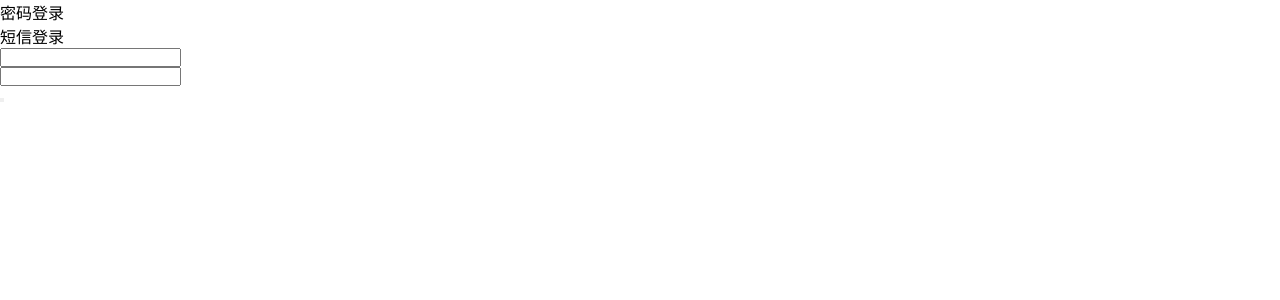
Repository: wxamlzm/campus0714
Page: views/login.html
An editor plug-in stored every save of this project. The page is shown before and after the next save, followed by the edit.
The browser window is 1280 px wide. The pictures show the whole page.

Above is the page before, as saved 2021-07-14 22:17:07.

### views/login.html
<!DOCTYPE html>
<html>
  <head>
    <meta charset='utf-8'>
    <title>注册页面</title>
    <link rel="stylesheet" href="./css/common.css">
  </head>
  <body>
    <div class="login-box">
      <div class="login-container">
        <div class="login-title">
          <div>密码登录</div>
          <div>短信登录</div>
        </div>
        <div class="login-inpu">
          <div class="input-user">
            <input type="text">
          </div>
          <div class="input-upwd">
            <input type="password">
          </div>
        </div>
        <div class="btn">
          <button></button>
        </div>
      </div>
    </div>
  </body>
  <script src="./js/login.js"></script>
</html>

### views/css/common.css
* {
  padding: 0;
  margin: 0;
}
.interface {
  width: 50%;
  border: 1px solid blue;
  background-color: lightblue;
  margin-left: 25%;
  margin-top: 10%;
}

.interface>div {
  width: 500px;
  margin:0 auto;
}
li {
  list-style: none;
}

Loaded but not shown: views/js/login.js (no stored copy; drawn as an empty file)

After the next save:
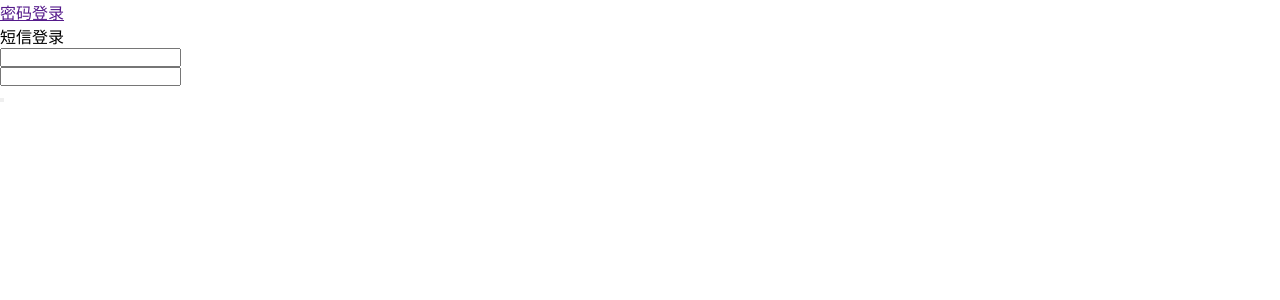
Saved 8 s later.
--- a/views/login.html
+++ b/views/login.html
@@ -9,7 +9,7 @@
     <div class="login-box">
       <div class="login-container">
         <div class="login-title">
-          <div>密码登录</div>
+          <div><a href="">密码登录</a></div>
           <div>短信登录</div>
         </div>
         <div class="login-inpu">
